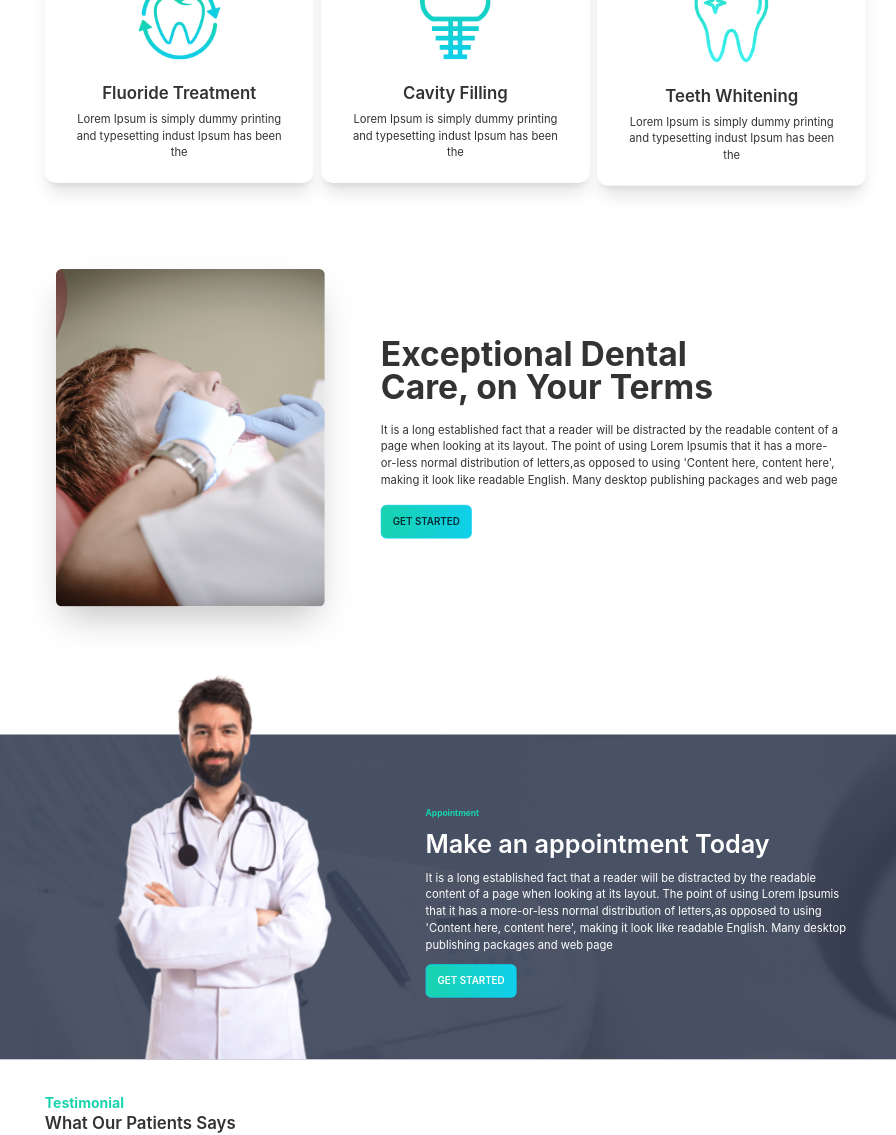
Repository: Tanvir3744/Doctors-client-website
Page: /
These files come from the project's save history. The page is drawn as it stood at one moment and after the next save; the edit follows.
The browser window is 1280 px wide. The pictures show the part of the page from y = 1106 to 3026 px (the page is 2727 px tall before and 3026 px after), at 70% of full size.
The project was rebuilt for these pictures with package versions that can differ from the ones it lists, and the page was loaded fresh each time. Also part of the build but not shown: src/Pages/About/About.js, src/Pages/Login/Login.js, src/Pages/NotFound/NotFound.js.

Above is the page before, as saved 2022-05-25 22:35:41.

### src/App.js
import { Routes, Route } from 'react-router-dom'
import About from './Pages/About/About';
import Home from './Pages/Home/Home';
import Login from './Pages/Login/Login';
import NotFound from './Pages/NotFound/NotFound';
import Navbar from './Pages/Shared/Navbar';
function App() {
  return (
    <div className="App">
      <Navbar></Navbar>
      <Routes>
        <Route path='/' element={<Home />}></Route>
        <Route path='/home' element={<Home />}></Route>
        <Route path='/about' element={<About />}></Route>
        <Route path='/login' element={<Login />}></Route>
        <Route path='*' element={<NotFound />}></Route>
      </Routes>
    </div>
  );
}

export default App;

### src/Pages/Home/Home.js
import React from 'react';
import InfoCards from '../../components/InfoCards';
import Banner from './Banner/Banner';
import MakeAppointment from './MakeAppointment';
import ServiceHero from './ServiceHero';
import Services from './Services';
import Testimonials from './Testimonials';

const Home = () => {
    return (
        <div>
            <Banner />
            <InfoCards />
            <Services />
            <ServiceHero />
            <MakeAppointment />
            <Testimonials />
        </div>
    );
};

export default Home;

### src/Pages/Shared/Navbar.js
import React from 'react';
import { Link } from 'react-router-dom';

const Navbar = () => {
    //menu items stored here
    const menuItems = <>
        <li><Link to="/">Home</Link></li>
        <li><Link to="/about">About</Link></li>
        <li><Link to="/appointment">Appointmenet</Link></li>
        <li><Link to="/reviews">Reviews</Link></li>
        <li><Link to="/contact">Contact Us</Link></li>
        <li><Link to="/login">Log in </Link></li>
    </>
    return (
        <div>
            <div class="navbar bg-base-100">
                <div class="navbar-start">
                    <div class="dropdown">
                        <label tabindex="0" class="btn btn-ghost lg:hidden">
                            <svg xmlns="http://www.w3.org/2000/svg" class="h-5 w-5" fill="none" viewBox="0 0 24 24" stroke="currentColor"><path stroke-linecap="round" stroke-linejoin="round" stroke-width="2" d="M4 6h16M4 12h8m-8 6h16" /></svg>
                        </label>
                        <ul tabindex="0" class="menu menu-compact dropdown-content mt-3 p-2 shadow bg-base-100 rounded-box w-52">
                           {menuItems}
                        </ul>
                    </div>
                    <Link to='/' class="btn btn-ghost normal-case text-xl">daisyUI</Link>
                </div>
                <div class="navbar-center hidden lg:flex">
                    <ul class="menu menu-horizontal p-0">
                        {menuItems}
                    </ul>
                </div>
            </div>
        </div>
    );
};

export default Navbar;

### src/components/InfoCards.js
import React from 'react';
import ChildInfoCards from './ChildInfoCards';
import Clock from './../assets/icons/clock.svg'
import Marker from './../assets/icons/marker.svg'
import Phone from './../assets/icons/phone.svg'
const InfoCards = () => {

    return (
        <div className='grid px-16 grid-cols-1 lg:grid-cols-3 gap-5 -mt-28'>
            <ChildInfoCards bgClass='bg-gradient-to-r from-secondary to-primary' cardTitle='Opening Hours' img={Clock} />
            <ChildInfoCards bgClass='bg-warning' cardTitle='Our Location' img={Marker} />
            <ChildInfoCards bgClass='bg-gradient-to-r from-secondary to-primary' cardTitle='Contact Us' img={Phone} />
        </div>
    );
};

export default InfoCards;

### src/Pages/Home/Banner/Banner.js
import React from 'react';
import chair from '../../../assets/images/chair.png'
const Banner = () => {
    return (
        <div className='px-12'>
            <div class="hero min-h-screen conatiner mx-auto">
                <div class="hero-content flex-col lg:flex-row-reverse -mt-28">
                    <img src={chair} class="max-w-sm rounded-lg shadow-2xl " />
                    <div className='px-16'>
                        <h1 class="text-5xl font-bold">Box Office News!</h1>
                        <p class="py-6">Provident cupiditate voluptatem et in. Quaerat fugiat ut assumenda excepturi exercitationem quasi. In deleniti eaque aut repudiandae et a id nisi.</p>
                        <button class="btn btn-primary text-white rounded-lg bg-gradient-to-r from-secondary to-primary">Get Started</button>
                    </div>
                </div>
            </div>
        </div>
    );
};

export default Banner;

### src/Pages/Home/MakeAppointment.js
import React from 'react';
import Appointment from "../../assets/images/appointment.png";
import Doctor from '../../assets/images/doctor.png';
const MakeAppointment = () => {
    return (
        <div style={{background:`url(${Appointment})`}} className='flex justify-center items-center mt-16'>
            <div className='flex-1 -mt-36 hidden sm:block '>
                <img src={Doctor} alt="Doctors image" />
            </div>
            <div className='flex-1 pr-16 '>
                <h6 className='my-4 text-secondary text-xl font-bold lg:text-xs'>Appointment</h6>
                <h5 className='my-4 text-white text-4xl font-semibold '>Make an appointment Today</h5>
                <p className='my-4 text-white'>It is a long established fact that a reader will be distracted by the readable content of a page when looking at its layout. The point of using Lorem Ipsumis that it has a more-or-less normal distribution of letters,as opposed to using 'Content here, content here', making it look like readable English. Many desktop publishing packages and web page</p>
                <button className="btn btn-primary bg-gradient-to-r from-secondary text-white font-semibold to-primary">Get Started</button>
            </div>
        </div>
    );
};

export default MakeAppointment;

### src/Pages/Home/ServiceHero.js
import React from 'react';
import Treatment from '../../assets/images/treatment.png'

const ServiceHero = () => {
    return (
        <div>
            <div class="hero min-h-screen px-16">
                <div class="hero-content flex-col lg:flex-row">
                    <img src={Treatment} class="max-w-sm rounded-lg shadow-2xl" />
                    <div className="ml-16">
                        <h1 class="text-5xl font-bold">Exceptional Dental </h1>
                        <h1 class="text-5xl font-bold">Care, on Your Terms</h1>
                        <p class="py-6">It is a long established fact that a reader will be distracted by the readable content of a page when looking at its layout. The point of using Lorem Ipsumis that it has a more-or-less normal distribution of letters,as opposed to using 'Content here, content here', making it look like readable English. Many desktop publishing packages and web page</p>
                        <button class="btn btn-primary bg-gradient-to-r from-secondary to-primary">Get Started</button>
                    </div>
                </div>
            </div>
        </div>
    );
};

export default ServiceHero;

### src/Pages/Home/Services.js
import React from 'react';
import Fluoride from '../../assets/images/fluoride.png';
import Cavity from '../../assets/images/cavity.png';
import Whitening from '../../assets/images/whitening.png';
import Service from './Service';
const Services = () => {
    const serviceData = [
        {
            _id: 1,
            img: Fluoride,
            name: 'Fluoride Treatment',
            desc: 'Lorem Ipsum is simply dummy printing and typesetting indust Ipsum has been the',
        },
        {
            _id: 2,
            img: Cavity,
            name: 'Cavity Filling',
            desc: 'Lorem Ipsum is simply dummy printing and typesetting indust Ipsum has been the'
        },
        {
            _id: 3,
            img: Whitening,
            name: 'Teeth Whitening',
            desc: 'Lorem Ipsum is simply dummy printing and typesetting indust Ipsum has been the'
        }

    ]
    return (
        <div>
            <div className=' text-center mt-20'>
                <h3 className='text-primary uppercase font-bold text-2xl'>Our Services</h3>
                <h2 className='text-4xl text-dark capitalize font-semibold'>Services we provide</h2>
            </div>
            <div className="service-cards gap-8 grid sm:grid-cols-1 md:grid-cols-2 lg:grid-cols-3  mt-8 px-16">
                {
                    serviceData.map(serve => <Service key={serve._id} service = {serve}></Service>)
                }
            </div>
        </div>
    );
};

export default Services;

### src/Pages/Home/Testimonials.js
import React from 'react';
import Q from '../../assets/icons/quote.svg'

const Testimonials = () => {
    return (
        <div className='mt-12 px-16'>
            <div>
                <h3 className='text-xl text-secondary font-bold'>Testimonial</h3>
                <h2 className='text-2xl font-semibold'>What Our Patients Says</h2>
            </div>
            <div>
                <img src="" alt="" />
            </div>
        </div>
    );
};

export default Testimonials;

### src/components/ChildInfoCards.js
import React from 'react';

const ChildInfoCards = (props) => {
    const {img, cardTitle, bgClass} = props;
    return (
        <div className='container'>
            <div className={`card lg:card-side shadow-xl p-4 pl-4  ${bgClass}`}>
                <figure><img src={img} alt="Info cards" /></figure>
                <div class="card-body text-white">
                    <h2 class="card-title">{cardTitle}</h2>
                    <p>Click the button to listen on Spotiwhy app.</p>
                </div>
            </div>
        </div>
    );
};

export default ChildInfoCards;

### src/Pages/Home/Service.js
import React from 'react';

const Service = (props) => {
    const {name, img, desc} = props.service;
    return (
        <div>
            <div className="card   w-96 bg-base-100 shadow-xl">
                <figure className="px-10 pt-10">
                    <img src={img} alt="Shoes" className="rounded-xl" />
                </figure>
                <div className="card-body items-center text-center">
                    <h2 className="card-title font-semibold text-2xl">{name}</h2>
                    <p>{desc}</p>
                </div>
            </div>
        </div>
    );
};

export default Service;

### tailwind.config.js
module.exports = {
  content: ["./src/**/*.{html,js}"],
  theme: {
    extend: {},
  },
  daisyui: {
    themes: [
      {

        mytheme: {
          primary: "#0FCFEC",
          secondary: "#19D3AE",
          neutral: "#3d4451",
          warning : "#3A4256",
          accent: "#37cdbe",
          "base-100": "#ffffff",
        },
      },
      "cupcake",
    ],
  },
  plugins: [require("daisyui")],
}

Loaded but not shown: public/index.html (common file); src/index.js (common file); src/index.css (common file); src/reportWebVitals.js (common file)

After the next save:
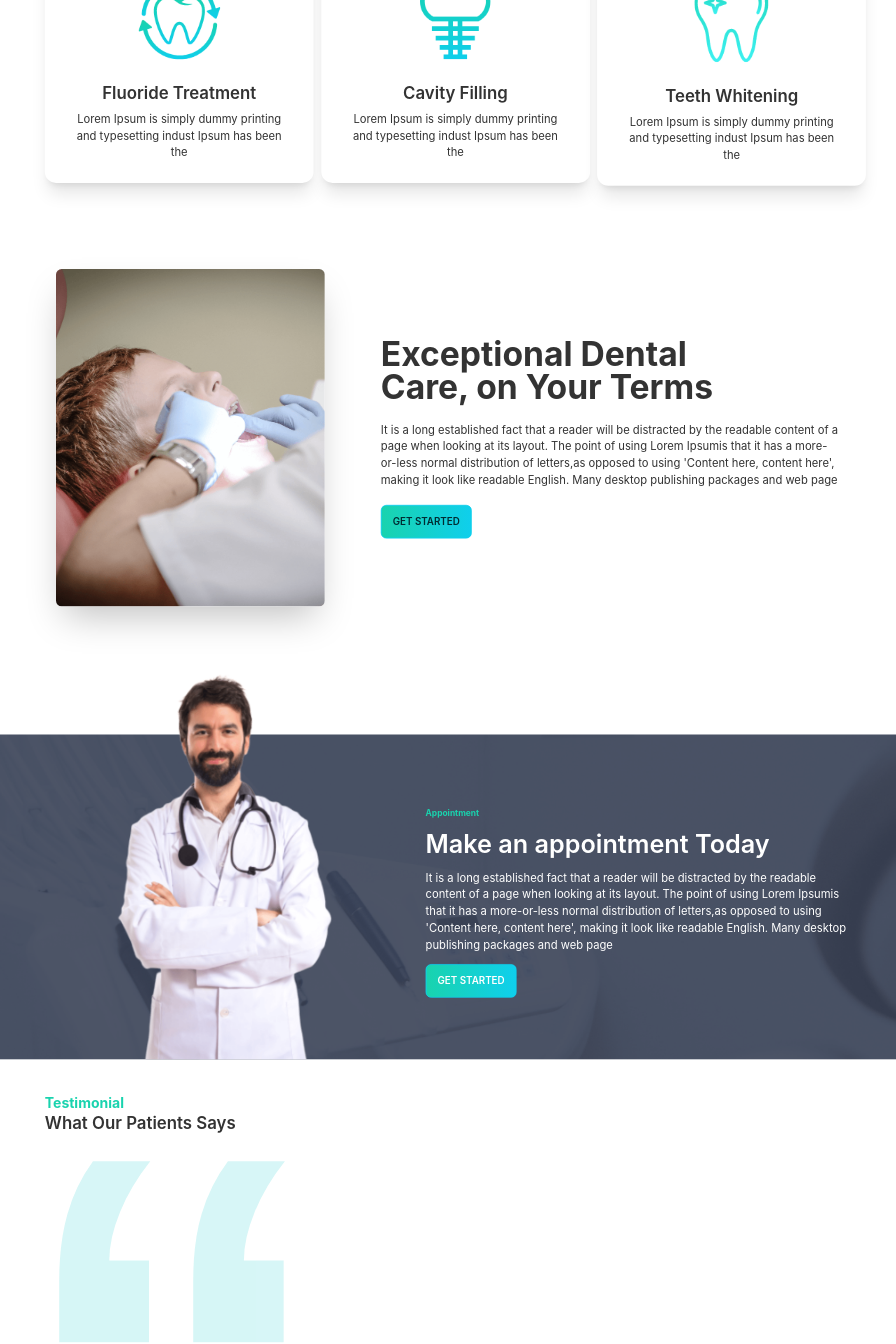
Saved 6 s later.
--- a/src/Pages/Home/Testimonials.js
+++ b/src/Pages/Home/Testimonials.js
@@ -9,7 +9,7 @@ const Testimonials = () => {
                 <h2 className='text-2xl font-semibold'>What Our Patients Says</h2>
             </div>
             <div>
-                <img src="" alt="" />
+                <img src={Q} alt="" />
             </div>
         </div>
     );
